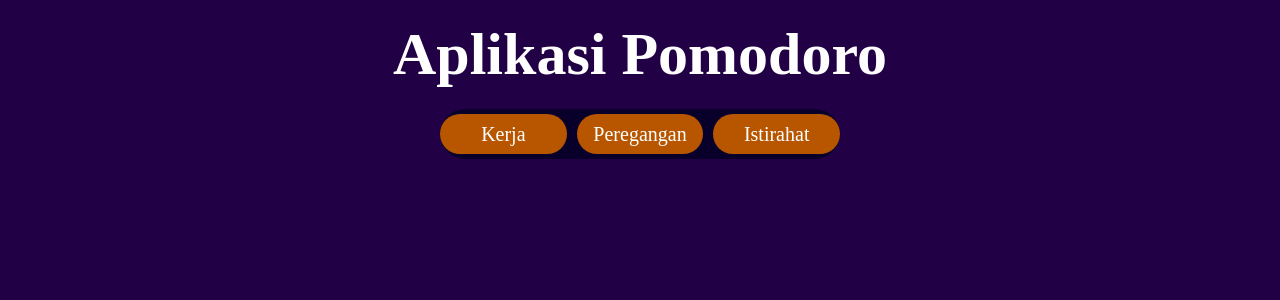
Repository: sellayspy/aplikasiPomodoro
Page: /
An editor plug-in stored every save of this project. The page is shown before and after the next save, followed by the edit.
The browser window is 1280 px wide. The pictures show the whole page.
The project was rebuilt for these pictures with package versions that can differ from the ones it lists, and the page was loaded fresh each time. Also part of the build but not shown: vite.config.js.

Above is the page before, as saved 2024-11-25 13:21:00.

### index.html
<!DOCTYPE html>
<html lang="en">
  <head>
    <meta charset="UTF-8" />
    <link rel="icon" type="image/svg+xml" href="/vite.svg" />
    <meta name="viewport" content="width=device-width, initial-scale=1.0" />
    <title>Aplikasi Pomodoro</title>
  </head>
  <body>
    <div id="root"></div>
    <script type="module" src="/src/main.jsx"></script>
  </body>
</html>

### src/main.jsx
import { StrictMode } from "react";
import { createRoot } from "react-dom/client";
import { createGlobalStyle, ThemeProvider } from "styled-components";
import App from "./App.jsx";

const GlobalStyle = createGlobalStyle`

*{
  margin: 0;
  padding: 0;
  box-sizing: border-box;
}

  html,body{
    background-color: #220045;
    font-size: 62.5%;
  }

  body{
    font-size: 1.6rem;
    color: white;
  }

`;

const theme = {
  colors: {
    primary: "#b85600",
    secondary: "#08002b",
    bg: "#220045",
  },
};

createRoot(document.getElementById("root")).render(
  <StrictMode>
    <ThemeProvider theme={theme}>
      <GlobalStyle />
      <App />
    </ThemeProvider>
  </StrictMode>
);

### src/App.jsx
import styled from "styled-components";
import Judul from "./components/Judul";

function App() {
  return (
    <>
      <Title>Aplikasi Pomodoro</Title>
      <Judul />
    </>
  );
}

export default App;

const Title = styled.h1`
  font-size: 6rem;
  padding: 2rem 0;
  text-align: center;
`;

### src/components/Judul.jsx
import styled from "styled-components";

const Judul = () => {
  return (
    <JudulContainer>
      {["Kerja", "Peregangan", "Istirahat"].map((tag, i) => (
        <Tag key={i}>{tag}</Tag>
      ))}
    </JudulContainer>
  );
};

export default Judul;

const JudulContainer = styled.div`
  background: #08002b;
  height: 5rem;
  width: 40rem;
  margin: 0 auto;
  border-radius: 5rem;
  display: flex;
  gap: 1rem;
  align-items: center;
`;

const Tag = styled.button`
  all: unset;
  height: 4rem;
  text-align: center;
  border-radius: 5rem;
  flex: 1;
  font-size: 2rem;
  background: #b85600;
`;

After the next save:
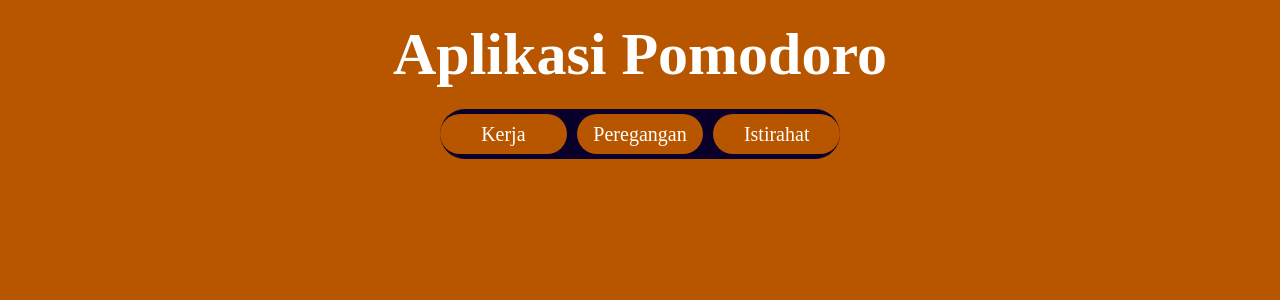
Saved 101 s later.
--- a/src/main.jsx
+++ b/src/main.jsx
@@ -12,7 +12,7 @@
 }
 
   html,body{
-    background-color: #220045;
+    background-color: ${(props) => props.theme.colors.primary};;
     font-size: 62.5%;
   }
 

After the save that followed:
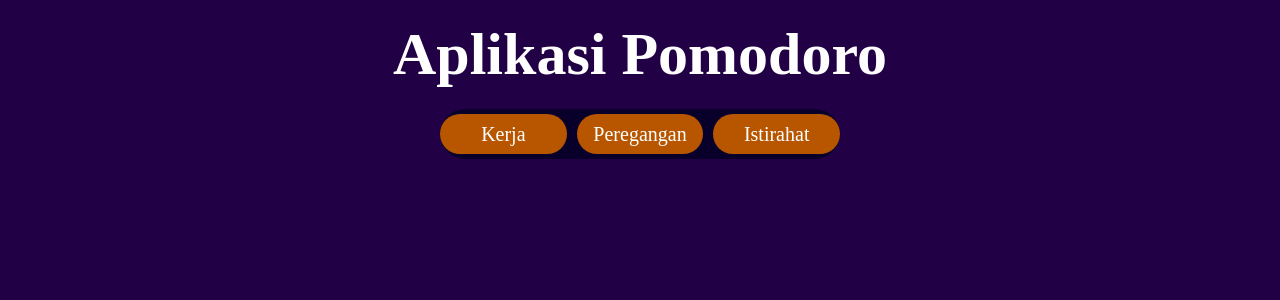
Saved 29 s later.
--- a/src/main.jsx
+++ b/src/main.jsx
@@ -12,7 +12,7 @@
 }
 
   html,body{
-    background-color: ${(props) => props.theme.colors.primary};;
+    background-color: ${(props) => props.theme.colors.bg};;
     font-size: 62.5%;
   }
 
